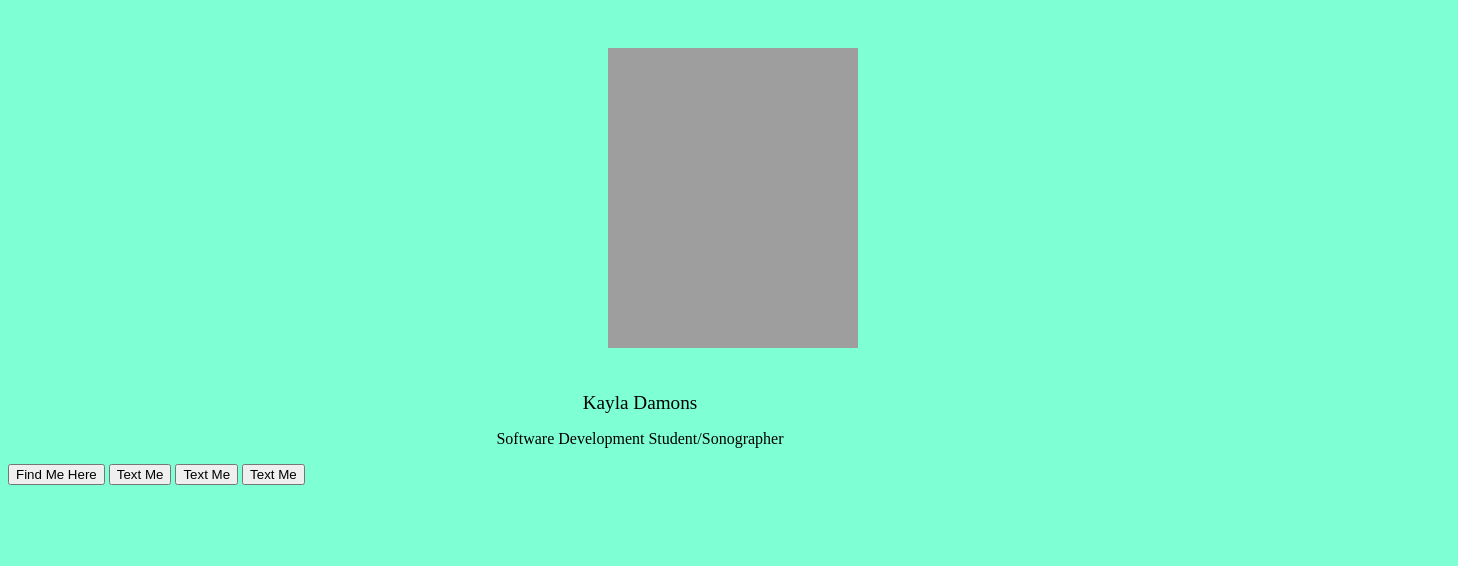
Repository: KaylaDamons/LABlinkinbio
Page: index.html
The author's editor kept a copy of each file at every save. The page is drawn from the files as they stood at one save, then again after the next save.
The browser window is 1280 px wide. The page is 1458 px wide, so the pictures cover 1458 px, including what lies to the right of the window. The pictures show the whole page.
Pictures or frames that could not be fetched are drawn as grey boxes.

Above is the page before, as saved 2024-01-14 16:20:45.

After the next save:
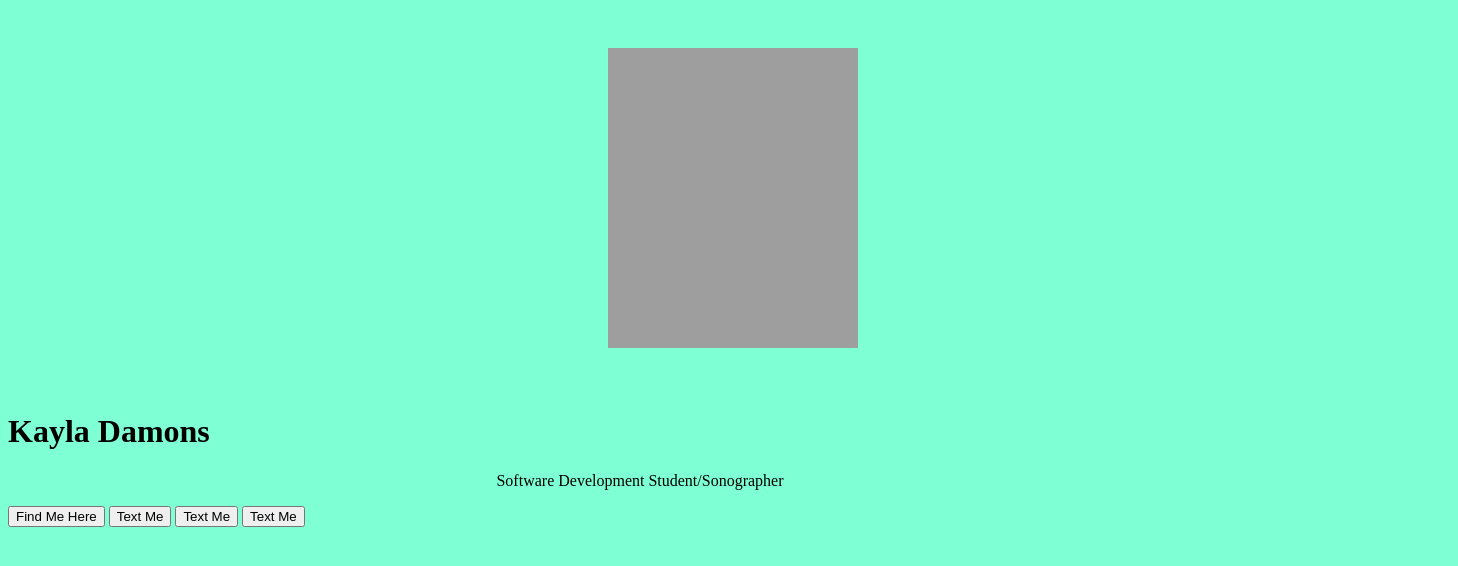
Saved 86 s later.
--- a/index.html
+++ b/index.html
@@ -13,7 +13,7 @@
 
 
 
-  <header>Kayla Damons</header>
+  <h1>Kayla Damons</h1>
   <p>Software Development Student/Sonographer</p>
 
 
